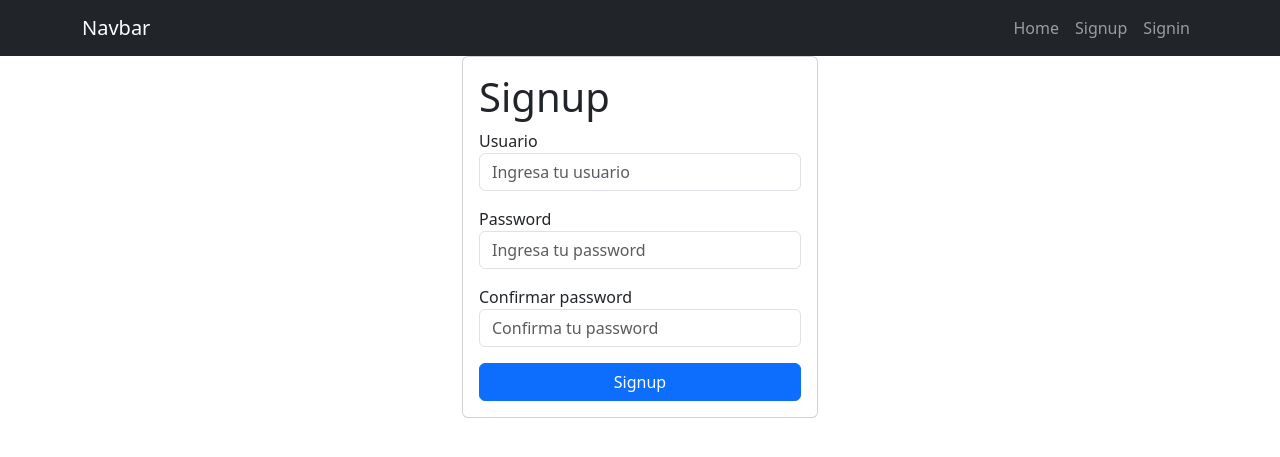
Repository: dbettancourt/django-auth-crud
Page: http://localhost/signup/
The author's editor kept a copy of each file at every save. The page is drawn from the files as they stood at one save, then again after the next save.
The browser window is 1280 px wide. The pictures show the whole page.
The page is served by the project's application, run on Django 4.2 (manage.py). Other server files are loaded and not shown.

Above is the page before, as saved 2023-06-06 10:57:30.

### tasks/templates/signup.html
{% extends 'base.html' %}

{% block content %}

<main class="container">
    <div class="row">
        <div class="col-md-4 offset-md-4" >
            <form method="POST" class="card card-body">
                <h1 text-center>Signup</h1>

                {{error}}

                {% csrf_token %}

                <div class="mb-3">
                    <label for="username">Usuario</label>
                    <input type="text" name="username" id="username" class="form-control" placeholder="Ingresa tu usuario">
                </div>

                <div class="mb-3">
                    <label for="password1">Password</label>
                    <input type="password" name="password1" id="password1" class="form-control" placeholder="Ingresa tu password">
                </div>

                <div class="mb-3">
                    <label for="password2">Confirmar password</label>
                    <input type="password" name="password2" id="password2" class="form-control" placeholder="Confirma tu password">
                </div>

                <button class="btn btn-primary">
                    Signup
                </button>
            </forrm>
        </div>

    </div>
</main>

{% endblock %}

### tasks/templates/base.html
<!DOCTYPE html>
<!--[if lt IE 7]>      <html class="no-js lt-ie9 lt-ie8 lt-ie7"> <![endif]-->
<!--[if IE 7]>         <html class="no-js lt-ie9 lt-ie8"> <![endif]-->
<!--[if IE 8]>         <html class="no-js lt-ie9"> <![endif]-->
<!--[if gt IE 8]>      <html class="no-js"> <!--<![endif]-->
<html>
    <head>
        <meta charset="utf-8">
        <meta http-equiv="X-UA-Compatible" content="IE=edge">
        <title>Pagina Base Django</title>
        <meta name="description" content="">
        <meta name="viewport" content="width=device-width, initial-scale=1">
        <link rel="stylesheet" href="">
        <link rel="stylesheet" href="https://cdn.jsdelivr.net/npm/bootstrap@5.3.0/dist/css/bootstrap.min.css">
       <link rel="stylesheet" href="https://cdn.jsdelivr.net/npm/bootstrap-icons@1.5.0/font/bootstrap-icons.css">

    </head>
    <body>
        <!--[if lt IE 7]>
            <p class="browsehappy">You are using an <strong>outdated</strong> browser. Please <a href="#">upgrade your browser</a> to improve your experience.</p>
        <![endif]-->
        <nav class="navbar navbar-expand-lg bg-dark navbar-dark">
            <div class="container">
              <a class="navbar-brand" href="#">Navbar</a>
              <button class="navbar-toggler" type="button" data-bs-toggle="collapse" data-bs-target="#navbarNav" aria-controls="navbarNav" aria-expanded="false" aria-label="Toggle navigation">
                <span class="navbar-toggler-icon"></span>
              </button>
              <div class="collapse navbar-collapse" id="navbarNav">
                <ul class="navbar-nav ms-auto">
                    <li class="nav-item">
                        <a href="/"  class="nav-link">Home</a>
                    </li>
                    {% if user.is_authenticated %}
                    <li class="nav-item">
                        <a href="/tasks"  class="nav-link">Tasks Pending</a>
                    </li>
                    <li class="nav-item">
                        <a href="/tasks_completed"  class="nav-link">Tasks Completed</a>
                    </li>
                    <li class="nav-item">
                        <a href="/tasks/create"  class="nav-link">Create task</a>
                    </li>

                    <li class="nav-item">
                        <a href="/logout"  class="nav-link">Logout</a>
                    </li>
                    {% else %}
                    <li class="nav-item">
                        <a href="/signup"  class="nav-link">Signup</a>
                    </li>
                    <li class="nav-item">
                        <a href="/signin"  class="nav-link">Signin</a>
                    </li>
                    {% endif %}
                </ul>
              </div>
            </div>
          </nav>

        <script src="" async defer></script>

        {% block content %}
        {% endblock %}

    </body>
</html>

### tasks/views.py
from django.shortcuts import render, redirect, get_object_or_404
from django.contrib.auth.forms import UserCreationForm, AuthenticationForm
from django.contrib.auth.models import User
from django.contrib.auth import login, logout, authenticate
from django.db import IntegrityError
from .forms import TaskForm
from .models import Task
from django.utils import timezone
from django.contrib.auth.decorators import login_required



# Create your views here.
def home(request):
    return render(request, 'home.html')

def signup(request):

    if request.method == 'GET':
         return render(request, 'signup.html',{
        'form': UserCreationForm
    })

    else:
        if request.POST['password1'] == request.POST['password2']:
            try:
                user = User.objects.create_user(username=request.POST['username'], password=request.POST['password1'])
                user.save()
                login(request, user)
                return redirect ('tasks')
            except IntegrityError:
                return render(request, 'signup.html',{
                    'form': UserCreationForm,
                    'error': 'El usuario ya existe'
                    })
        return render(request, 'signup.html', {
            'form': UserCreationForm,
            'error': 'Las contraseñas no coinciden'
            })

@login_required
def tasks(request):
    tasks = Task.objects.filter(user=request.user, datecompleted__isnull=True)
    return render(request, 'tasks.html', {'tasks': tasks})

@login_required
def tasks_completed(request):
    tasks = Task.objects.filter(user=request.user, datecompleted__isnull=False).order_by ('-datecompleted')
    return render(request, 'tasks.html', {'tasks': tasks})

@login_required
def create_task(request):

    if request.method == 'GET':
        return render(request, 'create_task.html', {
            'form': TaskForm
        })
    else:
        try:
            form = TaskForm(request.POST)
            new_task = form.save(commit=False)
            new_task.user = request.user
            new_task.save()
            return redirect('tasks')
        except ValueError:
            return render(request, 'create_task.html', {
                'form': TaskForm,
                'error': 'Por favor ingresar datos validos'
             })

@login_required
def task_detail(request, task_id):
    if request.method == 'GET':
        task = get_object_or_404(Task, pk=task_id, user=request.user)
        form = TaskForm(instance=task)
        return render(request, 'task_detail.html', {'task': task, 'form': form})
    else:
        try:
            task = get_object_or_404(Task, pk=task_id, user=request.user)
            form = TaskForm(request.POST, instance=task)
            form.save()
            return redirect('tasks')
        except ValueError:
            return render(request, 'task_detail.html', {'task': task, 'form': form, 'error': "Error al actualizar"})

@login_required
def complete_task(request, task_id):
    task = get_object_or_404(Task, pk=task_id, user=request.user)
    if request.method == 'POST':
        task.datecompleted = timezone.now()
        task.save()
        return redirect('tasks')

@login_required
def delete_task(request, task_id):
    task = get_object_or_404(Task, pk=task_id, user=request.user)
    if request.method == 'POST':
        task.datecompleted = timezone.now()
        task.delete()
        return redirect('tasks')

@login_required
def signout(request):
    logout(request)
    return redirect('home')

def signin(request):
    if request.method=='GET':
        return render(request, 'signin.html', {
            'form': AuthenticationForm
        })
    else:
        user = authenticate(
            request, username=request.POST['username'], password=request.POST['password'])

        if user is None:
            return render(request, 'signin.html', {
                'form': AuthenticationForm,
                'error': 'Usuario o password es incorrecta'
            })
        else:
            login(request, user)
            return redirect('tasks')

### djangocrud/urls.py
"""
URL configuration for djangocrud project.

The `urlpatterns` list routes URLs to views. For more information please see:
    https://docs.djangoproject.com/en/4.2/topics/http/urls/
Examples:
Function views
    1. Add an import:  from my_app import views
    2. Add a URL to urlpatterns:  path('', views.home, name='home')
Class-based views
    1. Add an import:  from other_app.views import Home
    2. Add a URL to urlpatterns:  path('', Home.as_view(), name='home')
Including another URLconf
    1. Import the include() function: from django.urls import include, path
    2. Add a URL to urlpatterns:  path('blog/', include('blog.urls'))
"""
from django.contrib import admin
from django.urls import path
from tasks import views

urlpatterns = [
    path('admin/', admin.site.urls),
    path('', views.home, name='home'),
    path('signup/', views.signup, name='signup'),
    path('tasks/', views.tasks, name='tasks'),
    path('tasks_completed/', views.tasks_completed, name='_completed'),
    path('tasks/create/', views.create_task, name='create_tasks'),
    path('tasks/<int:task_id>/', views.task_detail, name='task_detail'),
    path('tasks/<int:task_id>/complete', views.complete_task, name='complete_task'),
    path('tasks/<int:task_id>/delete', views.delete_task, name='delete_task'),
    path('logout/', views.signout, name='logout'),
    path('signin/', views.signin, name='signin')
]

After the next save:
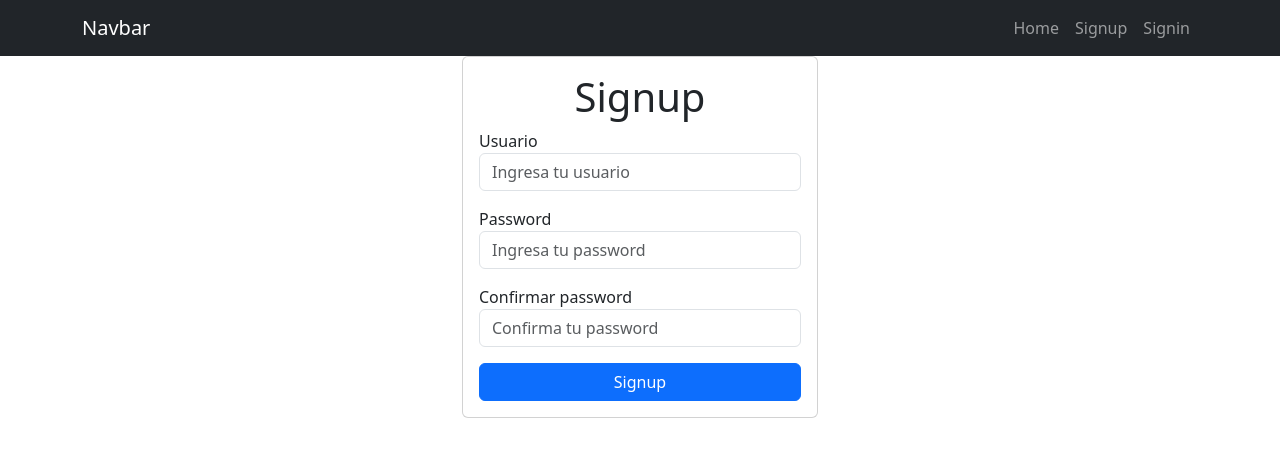
Saved 51 s later.
--- a/tasks/templates/signup.html
+++ b/tasks/templates/signup.html
@@ -6,7 +6,7 @@
     <div class="row">
         <div class="col-md-4 offset-md-4" >
             <form method="POST" class="card card-body">
-                <h1 text-center>Signup</h1>
+                <h1 class="text-center">Signup</h1>
 
                 {{error}}
 
